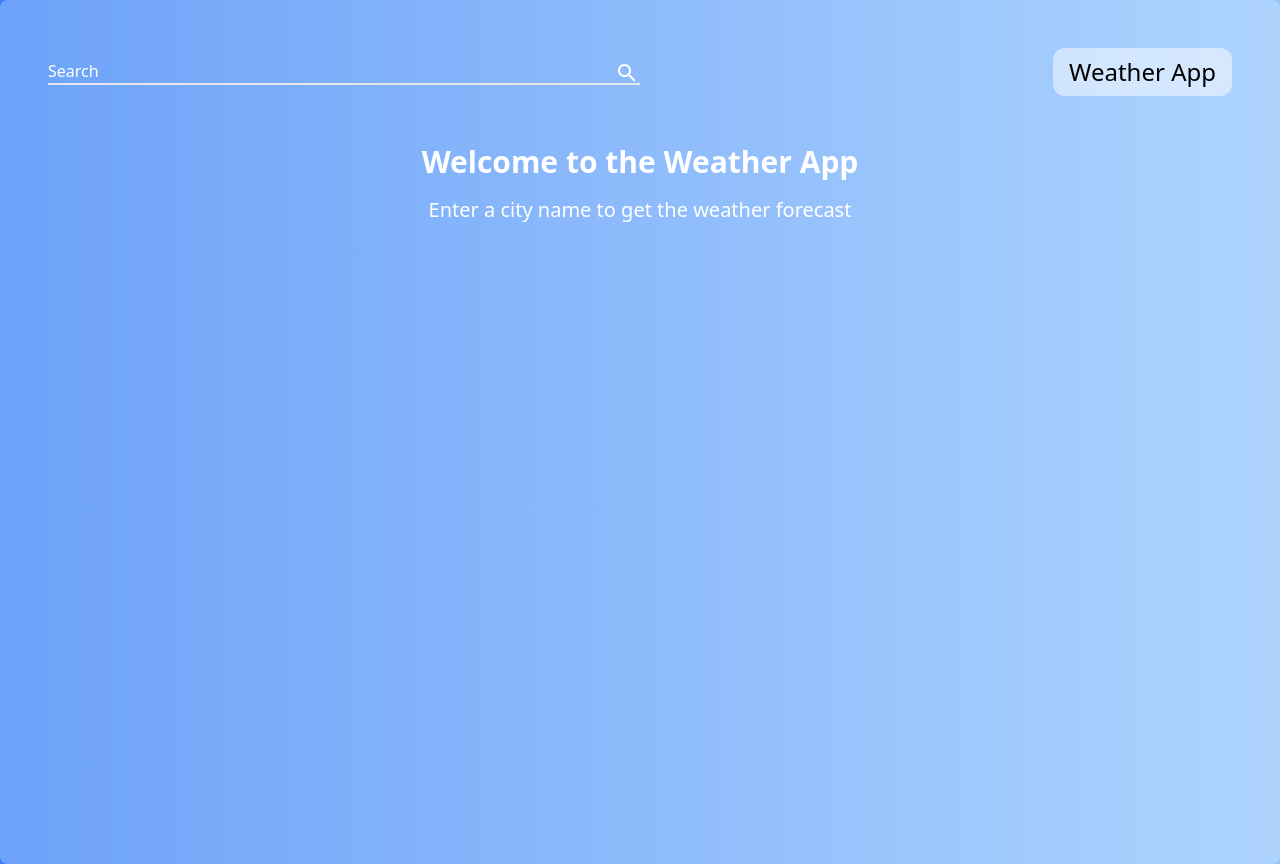
Repository: DevAntonioRogers/react-weatherapp-v2
Page: /
These files come from the project's save history. The page is drawn as it stood at one moment and after the next save; the edit follows.
The browser window is 1280 px wide. The pictures show the whole page.
The project was rebuilt for these pictures with package versions that can differ from the ones it lists, and the page was loaded fresh each time. The framework's server and built-in components were replaced by stand-ins that run in the browser. Also part of the build but not shown: next.config.js, app/utils/currentDate.tsx, app/components/Current.tsx, app/components/WeekForecast.tsx. Imported but missing from the stored project, and not drawn on this page: app/components/WeatherDetails.

Above is the page before, as saved 2023-05-21 21:06:03.

### app/layout.tsx
import "./globals.css";
import { Poppins } from "next/font/google";

export const metadata = {
  title: "Create Next App",
  description: "Generated by create next app",
};

const poppins = Poppins({
  subsets: ["latin"],
  weight: ["400", "500", "700"],
  style: ["normal", "italic"],
});

export default function RootLayout({ children }: { children: React.ReactNode }) {
  return (
    <html lang="en">
      <body>{children}</body>
    </html>
  );
}

### app/page.tsx
"use client";
import React, { useState } from "react";
import Current from "./components/Current";
import Input from "./components/Input";
import WeekForecast from "./components/WeekForecast";
import WeatherDetails from "./components/WeatherDetails";

export default function Home() {
  const [data, setData] = useState({});
  const [location, setLocation] = useState("");
  const [error, setError] = useState("");

  const url = `http://api.weatherapi.com/v1/forecast.json?key=538023bd3c43455084733202231905&q=${location}&days=7&aqi=yes&alerts=yes`;

  const handleSearch = async (e:React.KeyboardEvent<HTMLInputElement>) => {
    if (e.key === "Enter") {
      e.preventDefault();
      try {
        const response = await fetch(url);
        if (!response.ok) {
          throw new Error();
        }
        const data = await response.json();
        setData(data);
        setLocation("");
        setError("");
      } catch (error) {
        setError("City not found");
        setData({});
      }
    }
  };

  let content;
  if (Object.keys(data).length === 0 && error === "") {
    content = (
      <div className="text-white text-center h-screen">
        <h2 className="text-3xl font-semibold mb-4">Welcome to the Weather App</h2>
        <p className="text-xl">Enter a city name to get the weather forecast</p>
      </div>
    );
  } else if (error !== "") {
    content = (
      <div className="text-white text-center h-screen">
        <h2 className="text-3xl font-semibold mb-4">City not found</h2>
        <p className="text-xl">Please enter a valid city name</p>
      </div>
    );
  } else {
    content = (
      <>
        <div className="flex md:flex-row flex-col p-12 items-center justify-between">
          <Current data={data} />
          <WeekForecast data={data} />
        </div>
        <div>
          <WeatherDetails data={data} />
        </div>
      </>
    );
  }

  return (
    <div className="bg-cover bg-gradient-to-r from-blue-500 to-blue-300 h-fit">
      <div className="bg-white/25 w-full rounded-lg flex flex-col h-fit">
        <div className="flex flex-col md:flex-row justify-between items-center p-12">
          <Input handleSearch={handleSearch} location={location} setLocation={setLocation} />
          <h1 className="mb-8 md:mb-0 order-1 bg-white/50 text-2xl py-2 px-4 rounded-xl">Weather App</h1>
        </div>
        {content}
      </div>
    </div>
  );
}

### app/components/Input.tsx
"use client";

import SearchIcon from "@mui/icons-material/Search";

const Input = ({ handleSearch, setLocation, location }) => {
  return (
    <form className="flex items-center md:w-2/4 w-full order-2 md:order-1">
      <input
        type="text"
        className="w-full bg-transparent border-b-2 placeholder-white outline-none text-white"
        placeholder="Search"
        onKeyDown={handleSearch}
        onChange={(e) => setLocation(e.target.value)}
      />
      <div className="ml-[-25px] text-white cursor-pointer">
        <SearchIcon />
      </div>
    </form>
  );
};

export default Input;

Loaded but not shown: app/globals.css (common file); tailwind.config.js (common file)

After the next save:
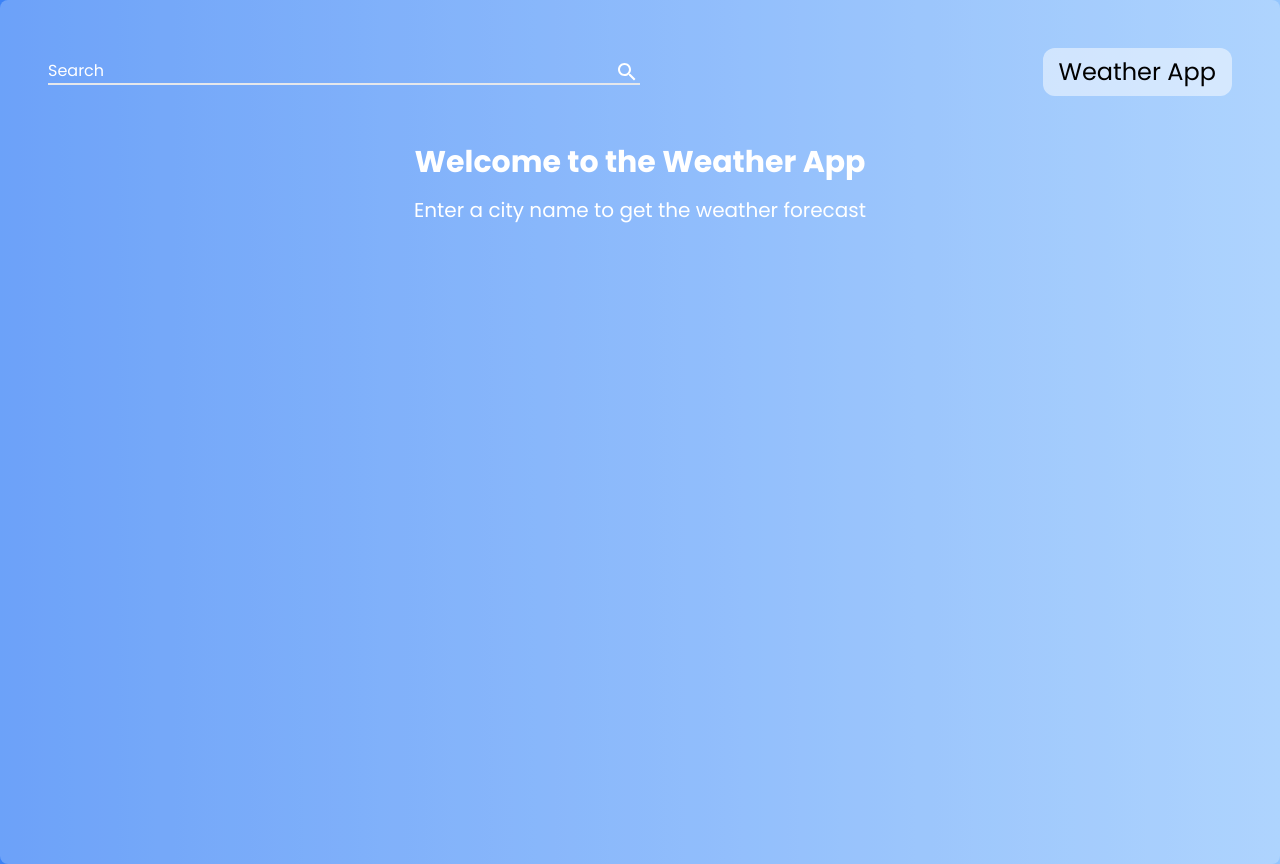
Saved 7 s later.
--- a/app/layout.tsx
+++ b/app/layout.tsx
@@ -14,7 +14,7 @@ const poppins = Poppins({
 
 export default function RootLayout({ children }: { children: React.ReactNode }) {
   return (
-    <html lang="en">
+    <html lang="en" className={poppins.className}>
       <body>{children}</body>
     </html>
   );
